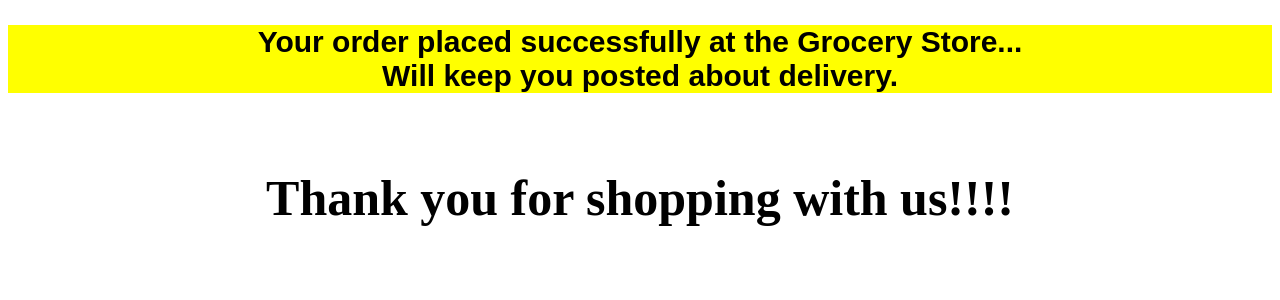
Repository: pournimapatil27/GroceryStoreMicroservice
Page: StoreLogin/src/main/resources/static/store.html
These files come from the project's save history. The page is drawn as it stood at one moment and after the next save; the edit follows.
The browser window is 1280 px wide. The pictures show the whole page.

Above is the page before, as saved 2021-12-03 09:07:56.

After the next save:
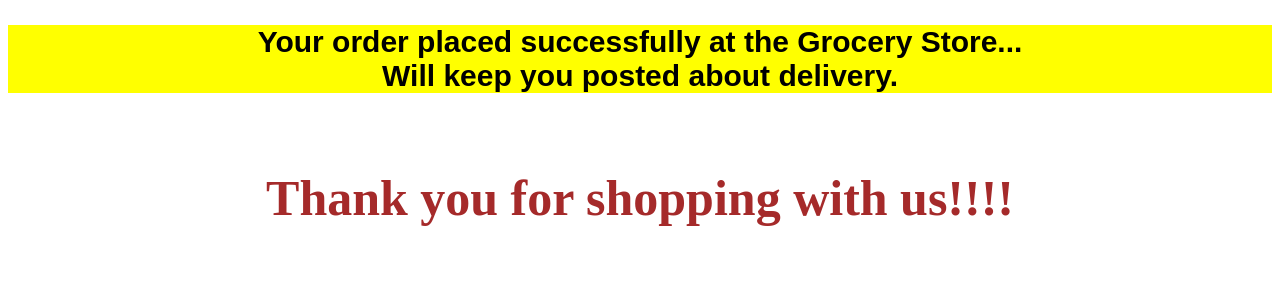
Saved 117 s later.
--- a/StoreLogin/src/main/resources/static/store.html
+++ b/StoreLogin/src/main/resources/static/store.html
@@ -9,6 +9,6 @@
    <h:body>
       <h2 style="background-color:yellow;font-family:'Arial';font-size:30px;text-align: center">Your order placed successfully at the Grocery Store...<br>Will keep you posted about delivery.<br></h2>
  <br>
-  <h1 style="background-color:light-Green;font-family:'Jockerman';font-size:50px;text-align: center">Thank you for shopping with us!!!!</h1>
+  <h1 style="color:brown;background-color:light-Green;font-family:'Jockerman';font-size:50px;text-align: center">Thank you for shopping with us!!!!</h1>
    </h:body>
 </html>
